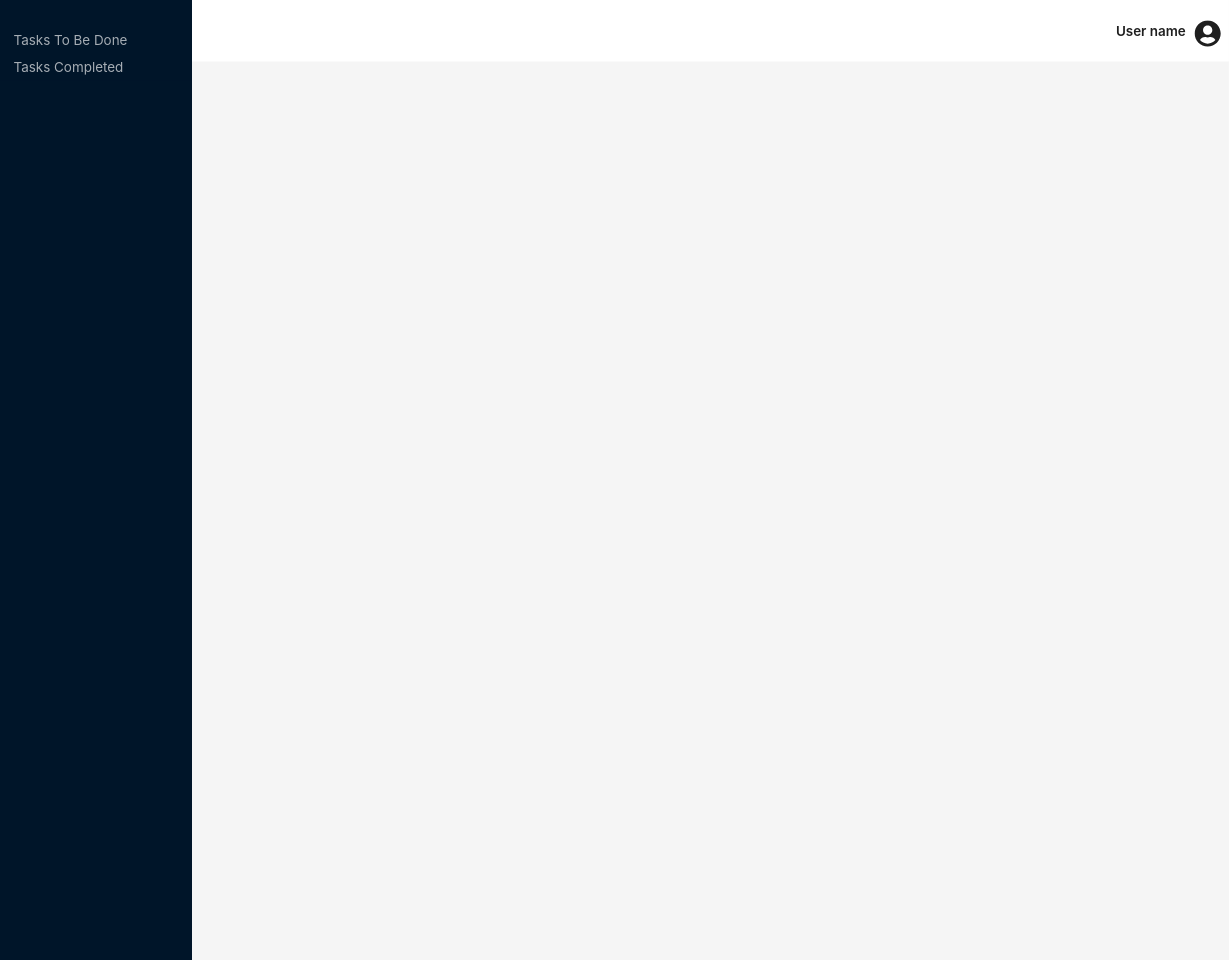
Repository: runner855/todolist_new
Page: /
These files come from the project's save history. The page is drawn as it stood at one moment and after the next save; the edit follows.
The browser window is 1280 px wide. The pictures show the whole page, at 96% of full size.
The project was rebuilt for these pictures with package versions that can differ from the ones it lists, and the page was loaded fresh each time.

Above is the page before, as saved 2023-03-19 22:13:10.

After the next save:
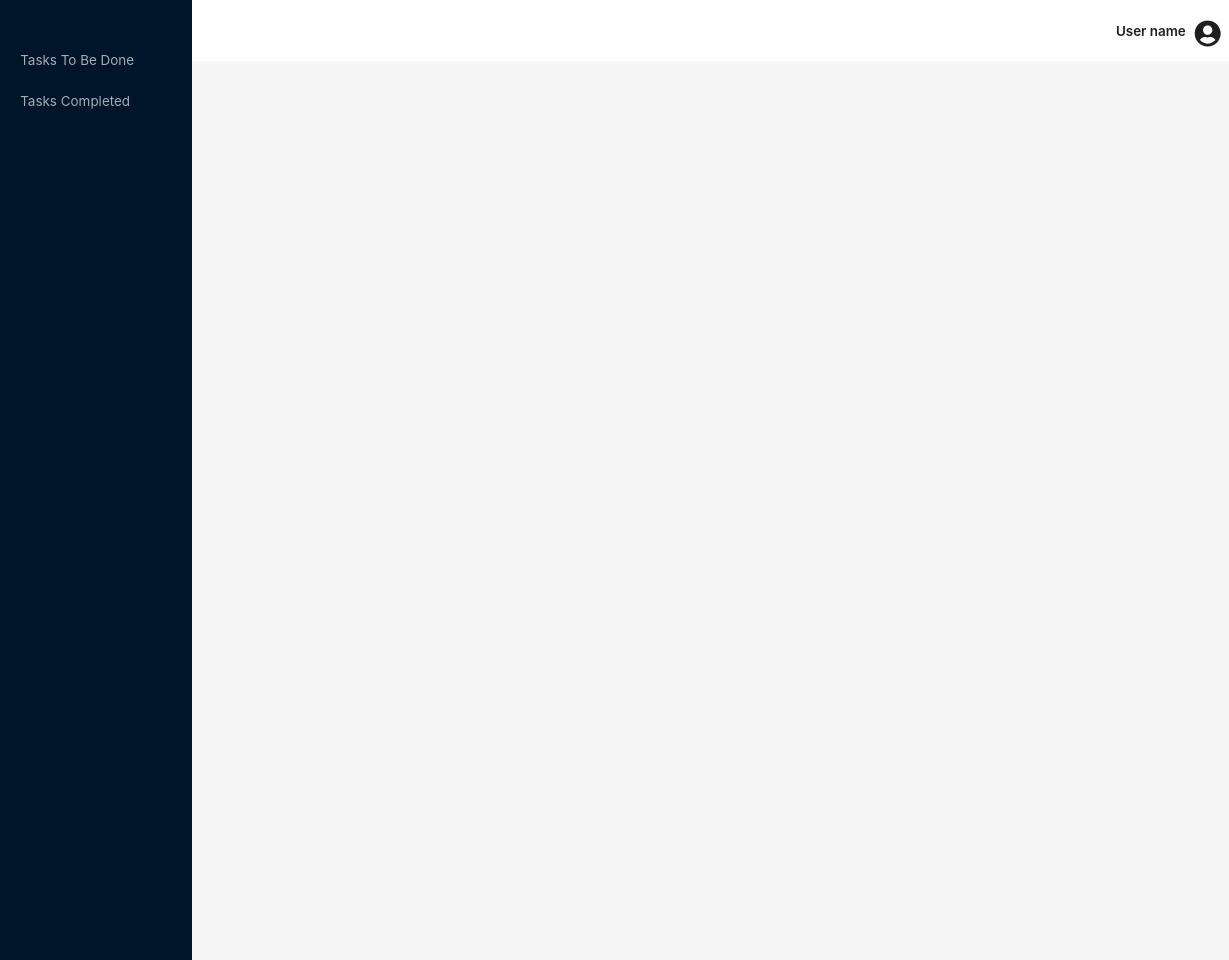
Saved 31 s later.
--- a/src/components/NavBar/NavBar.css
+++ b/src/components/NavBar/NavBar.css
@@ -36,5 +36,5 @@ img {
 }
 
 .item_link {
-  margin: 1em;
+  margin: 1.5em;
 }
